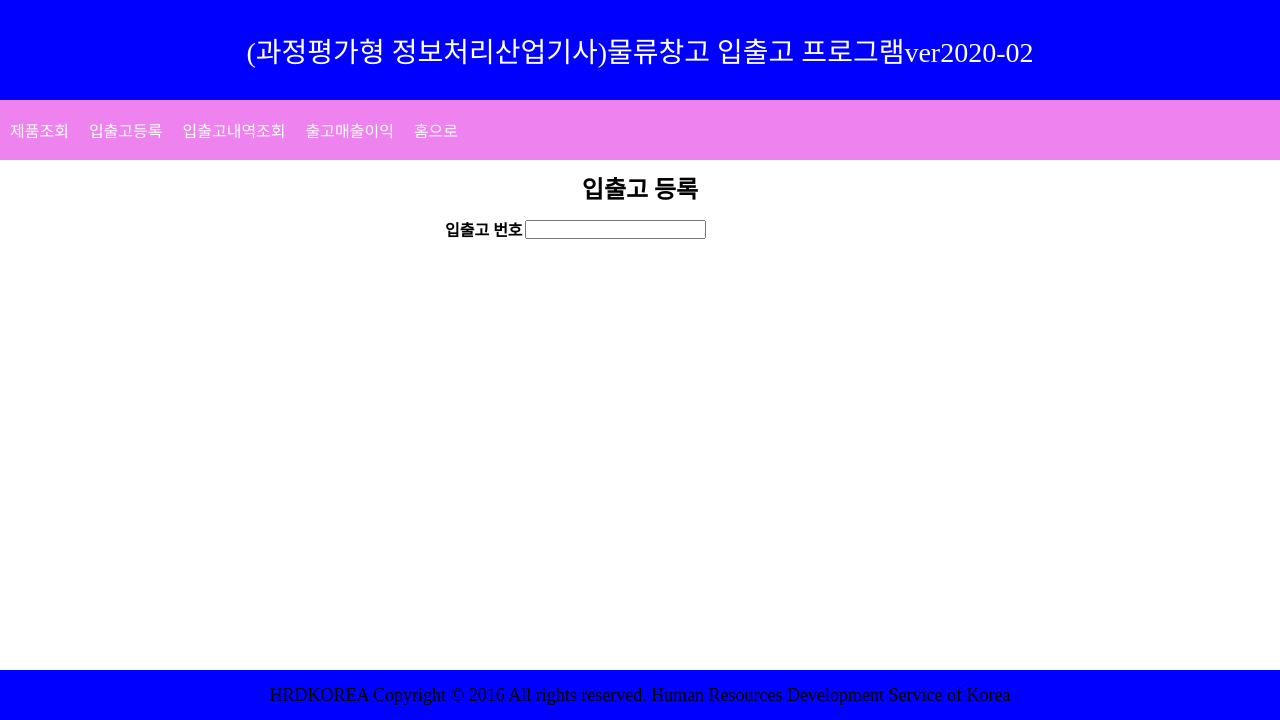
Repository: anakyn01/2_two
Page: http://localhost/cbq_1/two.jsp
These files come from the project's save history. The page is drawn as it stood at one moment and after the next save; the edit follows.
The browser window is 1280 px wide. The pictures show the whole page.
The page is served by Tomcat 9.

Above is the page before, as saved 2024-12-11 06:13:44.

After the next save:
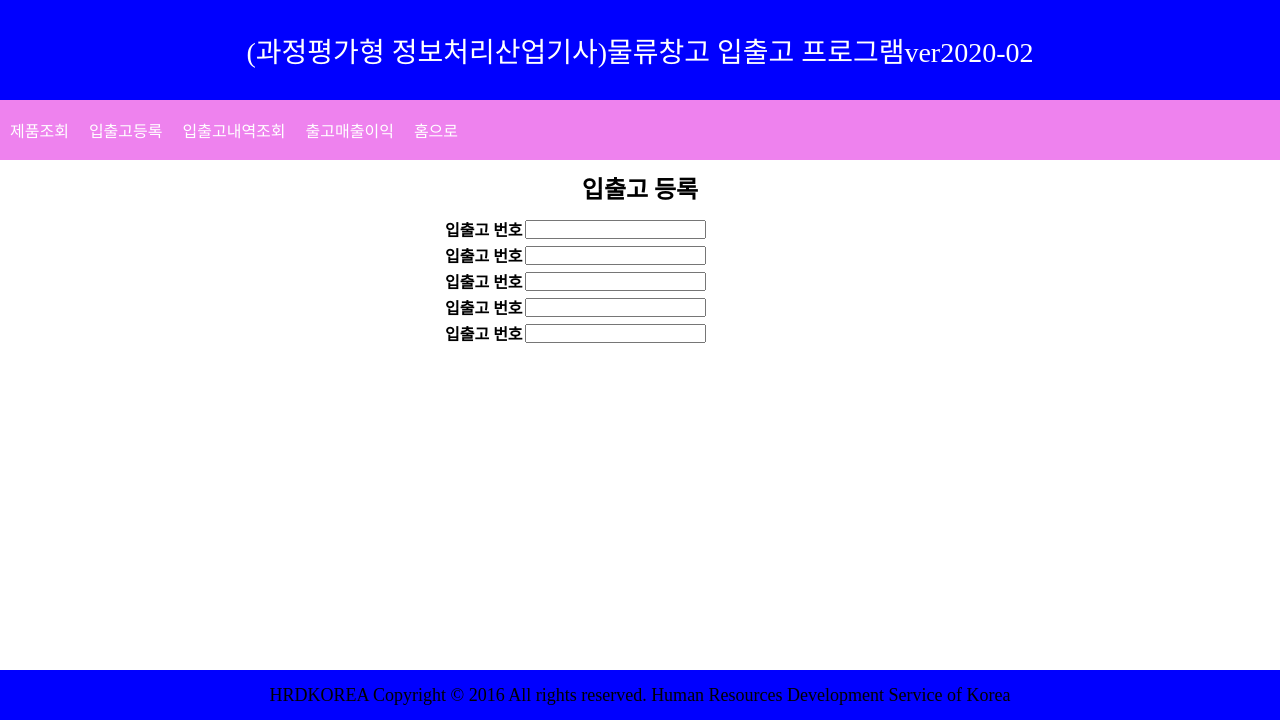
Saved 28 s later.
--- a/exam/cbq_1/src/main/webapp/two.jsp
+++ b/exam/cbq_1/src/main/webapp/two.jsp
@@ -9,11 +9,23 @@
 <col style="width:20%"/>
 <col style="width:80%"/>
 </colgroup>
-<thead>
+
 <tr>
 <th>입출고 번호</th><td><input type="text" name="p_code"/></td>
 </tr>
-</thead>
+<tr>
+<th>입출고 번호</th><td><input type="text" name="p_name"/></td>
+</tr>
+<tr>
+<th>입출고 번호</th><td><input type="text" name="p_size"/></td>
+</tr>
+<tr>
+<th>입출고 번호</th><td><input type="text" name="p_code"/></td>
+</tr>
+<tr>
+<th>입출고 번호</th><td><input type="text" name="p_code"/></td>
+</tr>
+
 
 </table>
 
